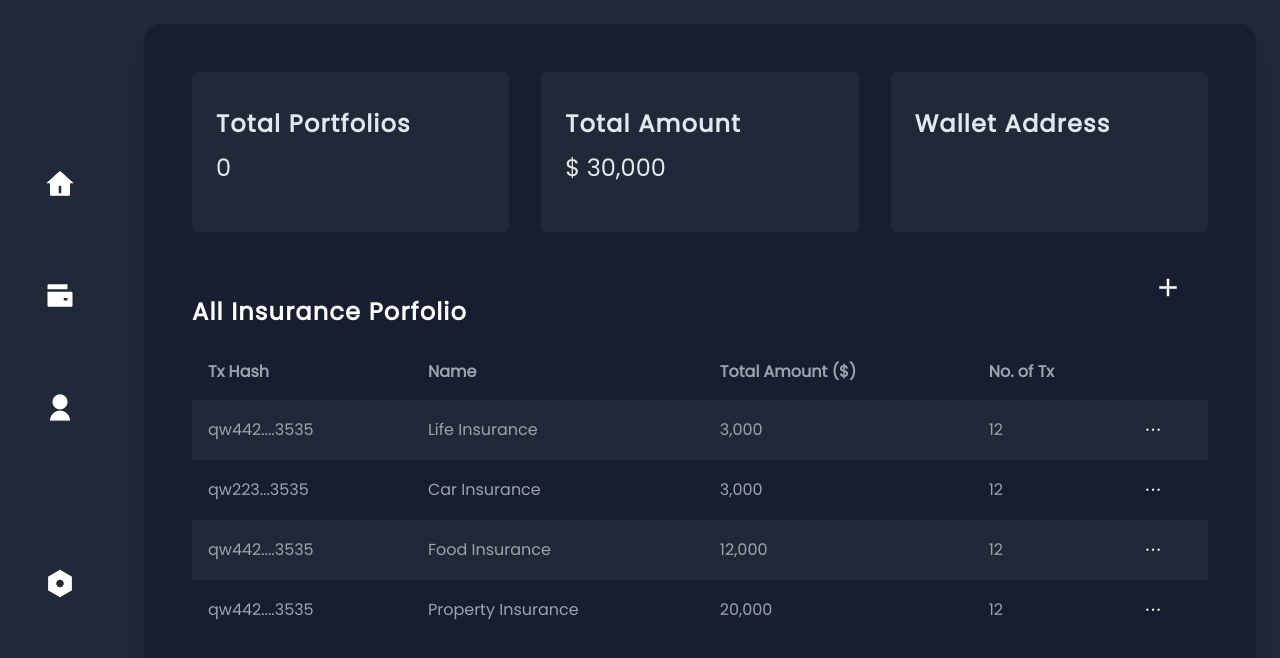
Repository: Ifenna-Pascal/insurance-dapp
Page: /dashboard
An editor plug-in stored every save of this project. The page is shown before and after the next save, followed by the edit.
The browser window is 1280 px wide. The pictures show the whole page.
Some web fonts or font styles are not loaded; a fallback is used. The project was rebuilt for these pictures with package versions that can differ from the ones it lists, and the page was loaded fresh each time. The framework's server and built-in components were replaced by stand-ins that run in the browser. Also part of the build but not shown: next.config.js.

Above is the page before, as saved 2022-12-04 23:15:44.

After the next save:
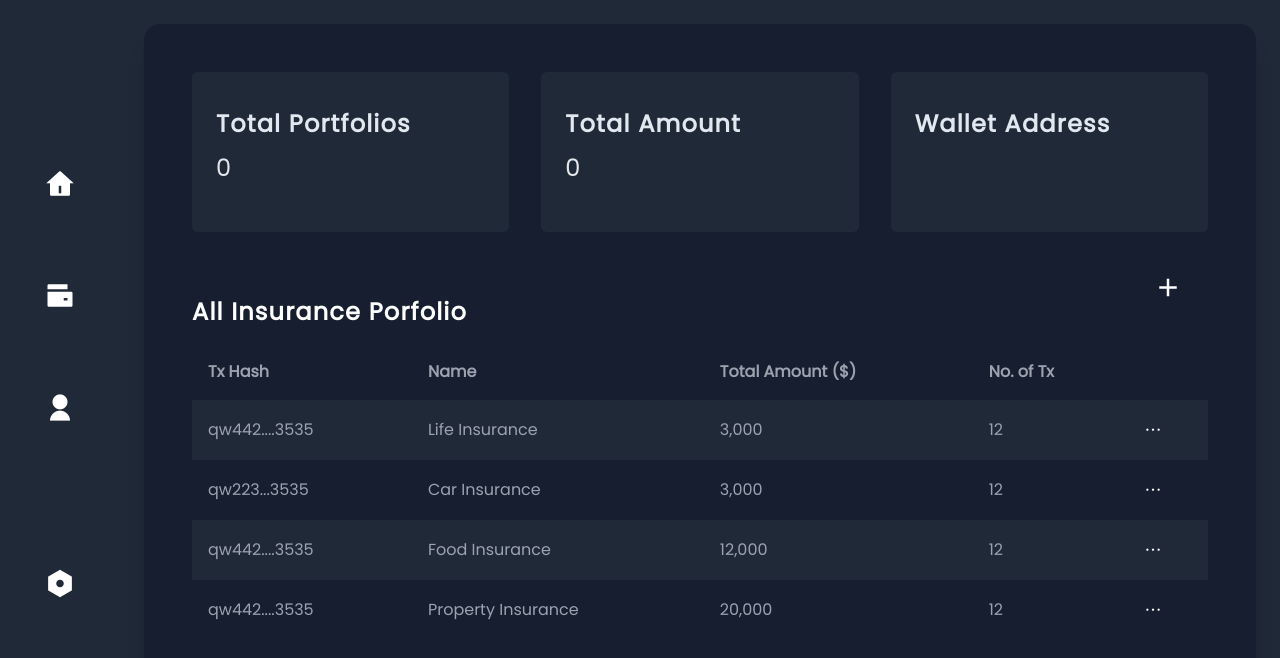
Saved 10 s later.
--- a/pages/dashboard/index.jsx
+++ b/pages/dashboard/index.jsx
@@ -22,7 +22,7 @@ function Profile() {
     <div>
       <div className="grid grid-cols-3 gap-4 gap-x-8">
         <Card header={"Total Portfolios"} value={contractDetails?.count} />
-        <Card header={"Total Amount"} value={"$ 30,000"} />
+        <Card header={"Total Amount"} value={contractDetails?.balance} />
         <Card header={"Wallet Address"} value={sliceAddrees(currentAccount)} />
         {/* <button onClick={() => signOut({ redirect: "/" })}>Sign out</button> */}
       </div>
